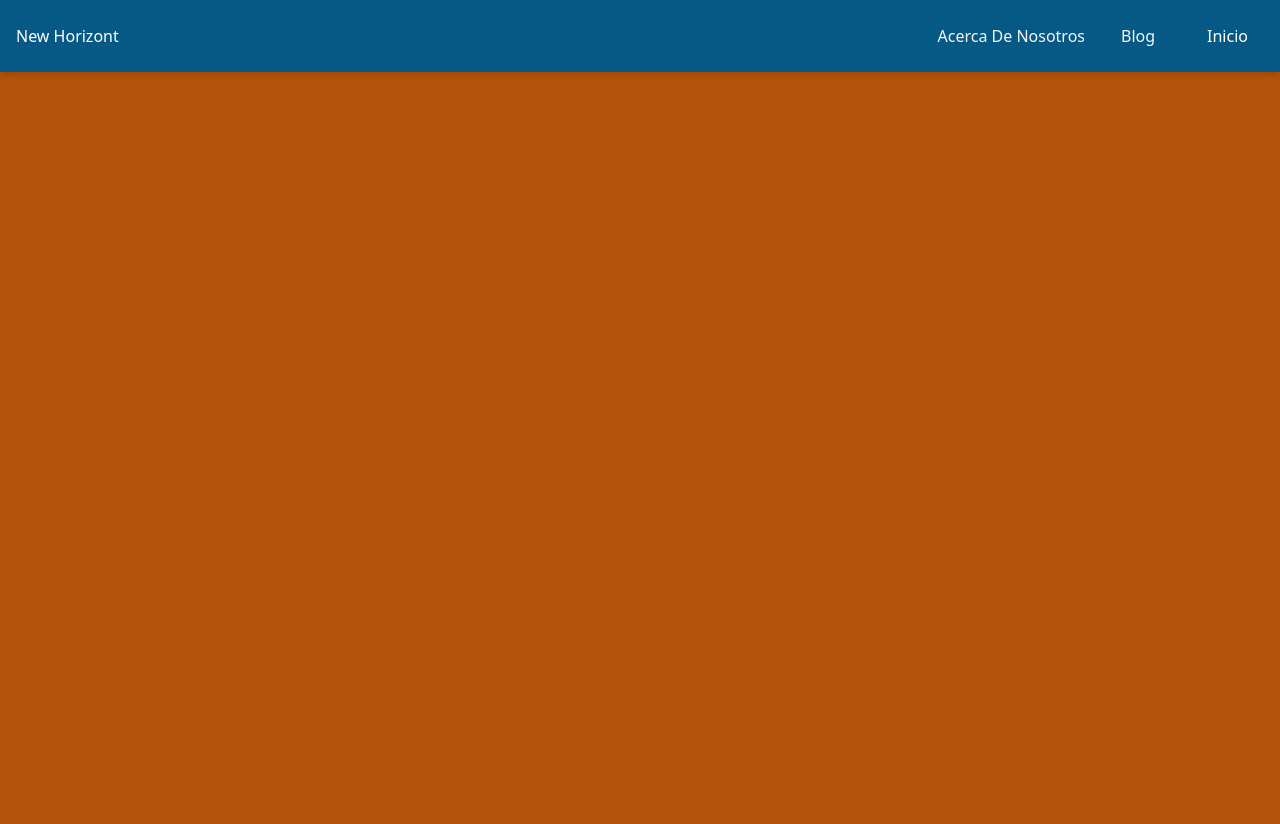
Repository: jefrydep/new-horizont-school
Page: /
An editor plug-in stored every save of this project. The page is shown before and after the next save, followed by the edit.
The browser window is 1280 px wide. The pictures show the whole page.
The project was rebuilt for these pictures with package versions that can differ from the ones it lists, and the page was loaded fresh each time. The framework's server and built-in components were replaced by stand-ins that run in the browser. Also part of the build but not shown: next.config.ts.

Above is the page before, as saved 2024-11-07 20:23:33.

After the next save:
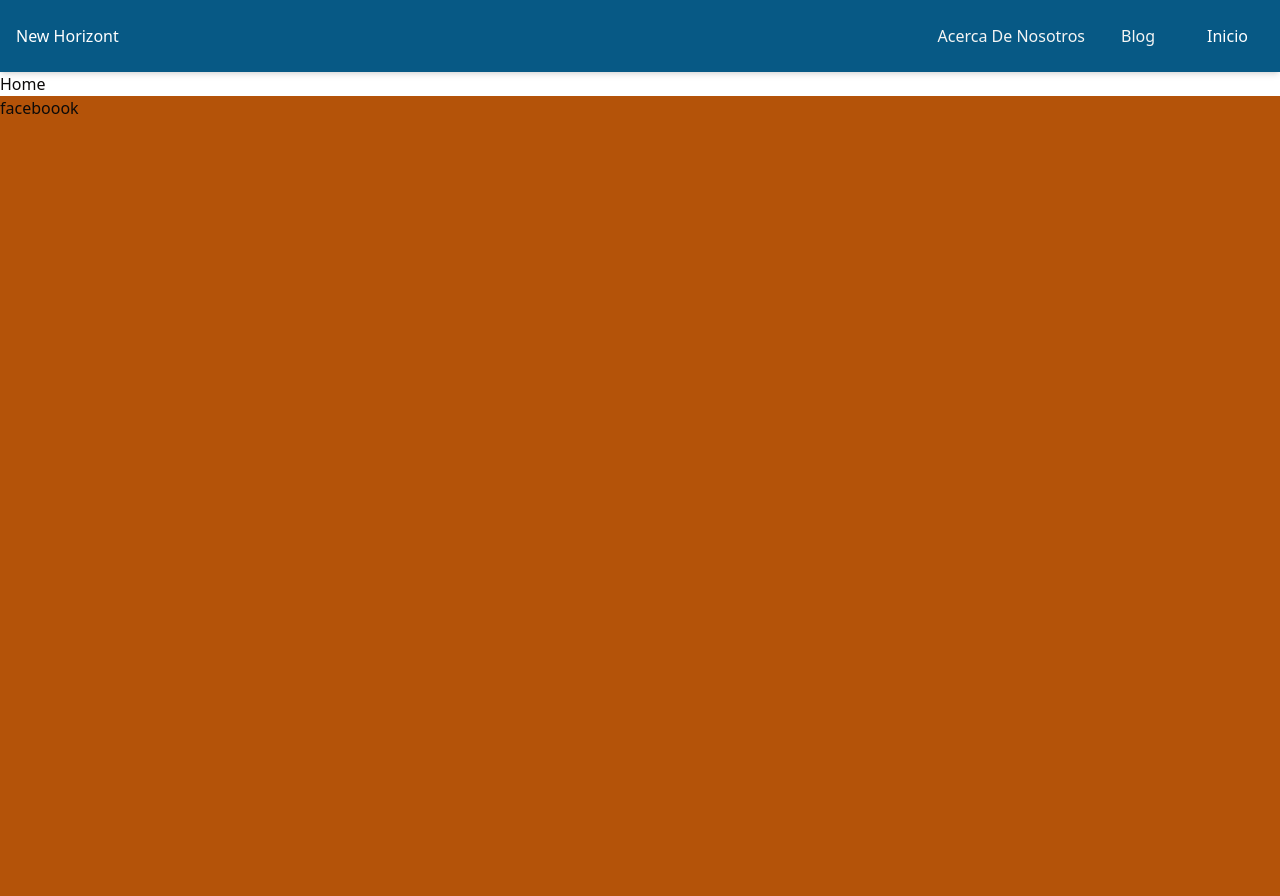
Saved 19 s later.
--- a/src/components/Navbar.tsx
+++ b/src/components/Navbar.tsx
@@ -7,7 +7,7 @@ export default function Navbar() {
   const [isOpen, setIsOpen] = useState<boolean>(false);
 
   return (
-    <header className="bg-sky-800 shadow-md    absolute    w-full  ">
+    <header className="bg-sky-800 shadow-md      w-full  ">
       <div className="flex justify-between items-center    m-auto container px-4 py-2">
         <div className="text-white">New Horizont</div>
         <nav className="outline-none hidden    sm:flex gap-9 items-center  list-none">
